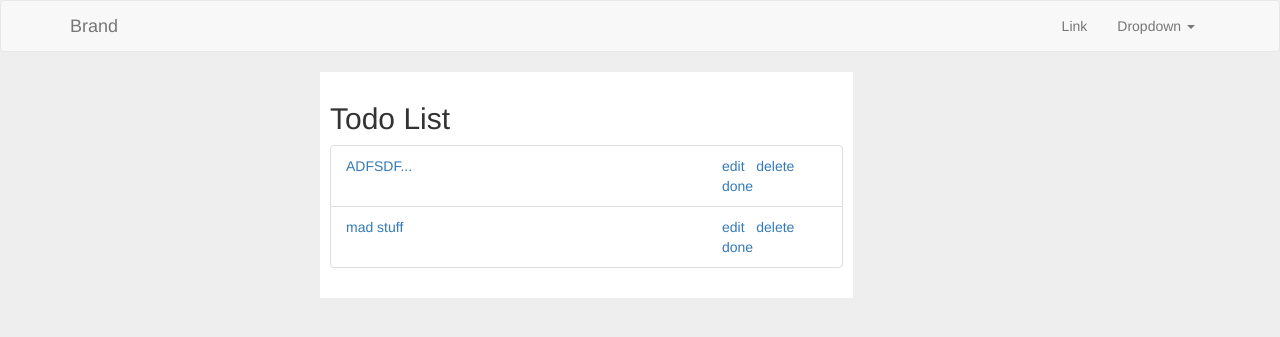
Repository: neoighodaro-articles/migrating-to-laravel
Page: http://localhost/pages/home.php?rel=add
These files come from the project's save history. The page is drawn as it stood at one moment and after the next save; the edit follows.
The browser window is 1280 px wide. The pictures show the whole page.
The page is run by PHP 8.4 with error messages shown; the project is at /var/www/html/. The database holds what the project's SQL file puts in it.

Above is the page before, as saved 2018-06-12 20:26:22.

After the next save:
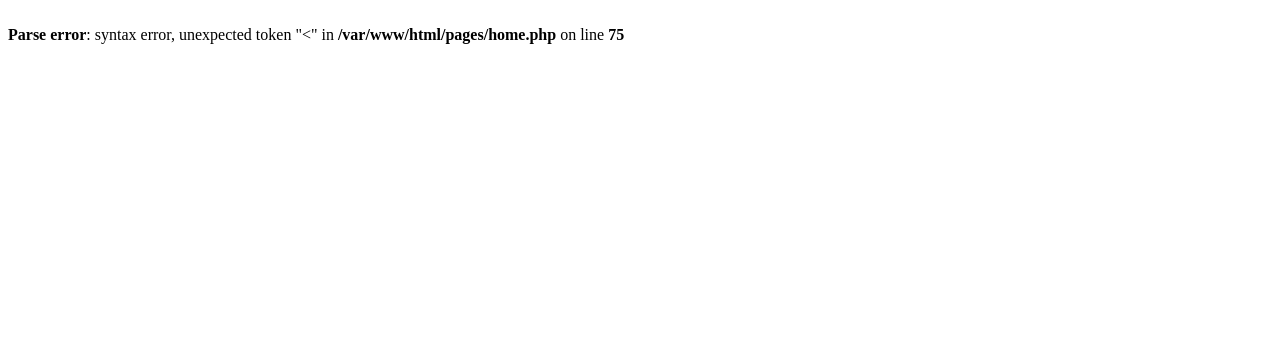
Saved 14 s later.
--- a/vanilla/pages/home.php
+++ b/vanilla/pages/home.php
@@ -70,7 +70,8 @@
             <form method="POST">
               <input type="text" class="form-control" value="<?=$fetch['title']?>">
               <p></p>
-              <button class="btn btn-primary btn-sm">submit</button>
+              <button class="btn btn-primary btn-sm" type="submit">submit</button>
+              <?php if(isset($_POST['']))
             </form>
           <?php else: ?>
             <a href="?rel=more">
